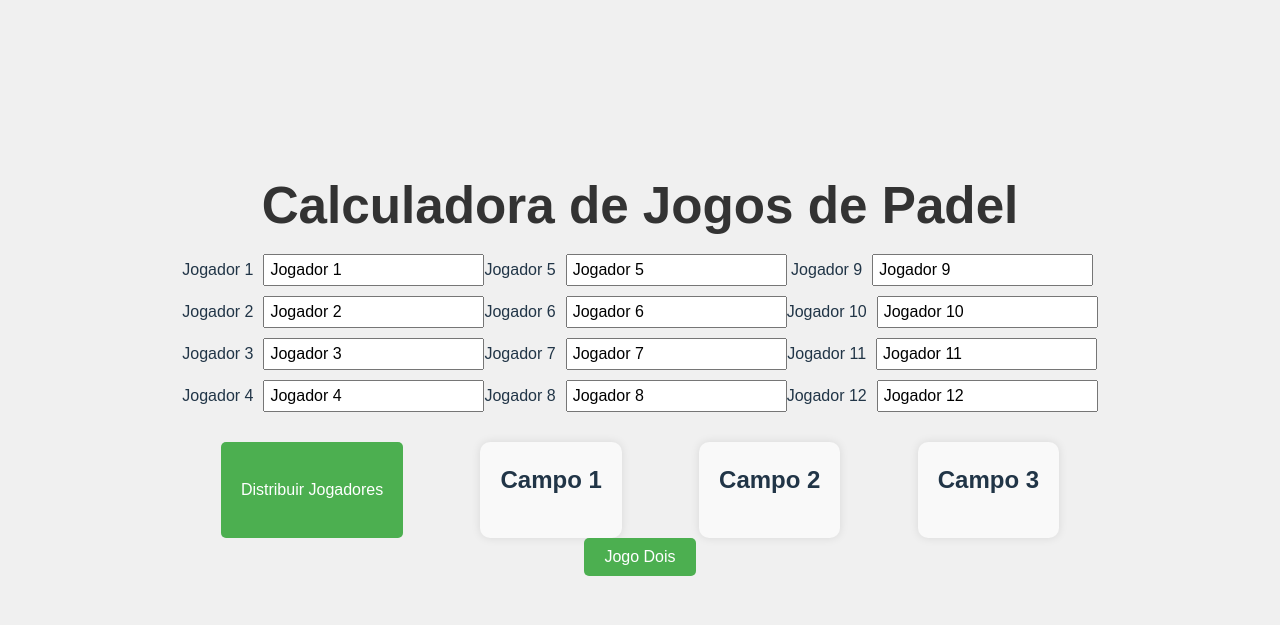
Repository: MarcioMiguel22/PadelMaster
Page: /calculadora
These files come from the project's save history. The page is drawn as it stood at one moment and after the next save; the edit follows.
The browser window is 1280 px wide. The pictures show the whole page.
The project was rebuilt for these pictures with package versions that can differ from the ones it lists, and the page was loaded fresh each time. Also part of the build but not shown: vite.config.ts, src/pages/Home/Home.tsx.

Above is the page before, as saved 2024-06-13 12:46:29.

### src/main.tsx
///home/marciomiguel/code/MarcioMiguel22/Sites/PadelMaster/src/main.tsx
import { render } from 'react-dom';
import { StrictMode } from 'react';
import App from './App';
import './index.css';

const root = document.getElementById('root')!;
render(
  <StrictMode>
    <App />
  </StrictMode>,
  root
);

### src/App.tsx

///home/marciomiguel/code/MarcioMiguel22/Sites/PadelMaster/src/App.tsx

import { BrowserRouter as Router, Routes, Route } from 'react-router-dom';
import Home from './pages/Home/Home';
import Calculadora from './pages/Services/Calculadora';




function App() {
  return (
    <Router>
      <Routes>
        <Route path="/" element={<Home />} />
        <Route path="/calculadora" element={<Calculadora />} /> // Wrap Calculadora component with curly braces
      </Routes>
    </Router>
  );
}

export default App

### src/pages/Services/Calculadora.tsx
import React, { useState } from 'react';
import './Calculadora.css';

type Jogador = {
  id: number;
  nome: string;
};

type Time = {
  jogadores: Jogador[];
  resultado: number;
};

type Campo = {
  id: number;
  times: Time[];
};

const jogadoresIniciais: Jogador[] = Array.from({ length: 12 }, (_, i) => ({
  id: i + 1,
  nome: `Jogador ${i + 1}`,
}));

const embaralharArray = <T,>(array: T[]): T[] => {
  const copiaArray = [...array];
  for (let i = copiaArray.length - 1; i > 0; i--) {
    const j = Math.floor(Math.random() * (i + 1));
    [copiaArray[i], copiaArray[j]] = [copiaArray[j], copiaArray[i]];
  }
  return copiaArray;
};

const criarTimes = (jogadores: Jogador[]): Time[] => {
  const jogadoresEmbaralhados = embaralharArray(jogadores);
  const times: Time[] = [];
  for (let i = 0; i < jogadoresEmbaralhados.length; i += 2) {
    times.push({ jogadores: jogadoresEmbaralhados.slice(i, i + 2), resultado: 0 });
  }
  return times;
};

const CalculadoraApp: React.FC = () => {
  const [jogadores, setJogadores] = useState<Jogador[]>(jogadoresIniciais);
  const [campos, setCampos] = useState<Campo[]>([
    { id: 1, times: [] },
    { id: 2, times: [] },
    { id: 3, times: [] },
  ]);
  const [segundoJogo, setSegundoJogo] = useState<Campo[]>([
    { id: 1, times: [] },
    { id: 2, times: [] },
    { id: 3, times: [] },
  ]);

  const handleNomeChange = (id: number, novoNome: string) => {
    setJogadores(jogadores.map(jogador =>
      jogador.id === id ? { ...jogador, nome: novoNome } : jogador
    ));
  };

  const handleResultadoChange = (campoId: number, timeIndex: number, novoResultado: number, jogo: string) => {
    if (jogo === 'primeiro') {
      setCampos(campos.map(campo =>
        campo.id === campoId
          ? {
              ...campo,
              times: campo.times.map((time, index) =>
                index === timeIndex ? { ...time, resultado: novoResultado } : time
              ),
            }
          : campo
      ));
    } else {
      setSegundoJogo(segundoJogo.map(campo =>
        campo.id === campoId
          ? {
              ...campo,
              times: campo.times.map((time, index) =>
                index === timeIndex ? { ...time, resultado: novoResultado } : time
              ),
            }
          : campo
      ));
    }
  };

  const distribuirJogadores = () => {
    const times = criarTimes(jogadores);
    const novosCampos: Campo[] = campos.map((campo, index) => ({
      ...campo,
      times: times.slice(index * 2, index * 2 + 2),
    }));
    setCampos(novosCampos);
  };

  const iniciarJogoDois = () => {
    const novosCampos: Campo[] = [
      { id: 1, times: [] },
      { id: 2, times: [] },
      { id: 3, times: [] },
    ];

    campos.forEach(campo => {
      if (campo.times.length === 2) {
        const [time1, time2] = campo.times;
        const vencedores = time1.resultado > time2.resultado ? time1.jogadores : time2.jogadores;
        const perdedores = time1.resultado > time2.resultado ? time2.jogadores : time1.jogadores;

        if (campo.id === 1) {
          novosCampos[0].times.push({ jogadores: vencedores, resultado: 0 });
          novosCampos[0].times.push({ jogadores: perdedores, resultado: 0 });
        } else if (campo.id === 2) {
          novosCampos[0].times.push({ jogadores: vencedores, resultado: 0 });
          novosCampos[1].times.push({ jogadores: perdedores, resultado: 0 });
        } else if (campo.id === 3) {
          novosCampos[1].times.push({ jogadores: vencedores, resultado: 0 });
          novosCampos[2].times.push({ jogadores: perdedores, resultado: 0 });
        }
      }
    });

    setSegundoJogo(novosCampos);
  };

  const getTeamClass = (campo: Campo, timeIndex: number): string => {
    if (campo.times.length < 2) return '';
    const resultadoAtual = campo.times[timeIndex].resultado;
    const resultadoOponente = campo.times[1 - timeIndex]?.resultado;
    if (resultadoAtual > resultadoOponente) return 'team vencedor';
    if (resultadoAtual < resultadoOponente) return 'team perdedor';
    return 'team';
  };

  return (
    <div className="calculadora-container">
      <h1>Calculadora de Jogos de Padel</h1>
      <div className="main-content">
        <div className="jogadores-lista">
          <div className="jogadores-coluna">
            {jogadores.slice(0, 4).map(jogador => (
              <div key={jogador.id} className="jogador-item">
                <label>{`Jogador ${jogador.id}`}</label>
                <input
                  type="text"
                  value={jogador.nome}
                  onChange={(e) => handleNomeChange(jogador.id, e.target.value)}
                />
              </div>
            ))}
          </div>
          <div className="jogadores-coluna">
            {jogadores.slice(4, 8).map(jogador => (
              <div key={jogador.id} className="jogador-item">
                <label>{`Jogador ${jogador.id}`}</label>
                <input
                  type="text"
                  value={jogador.nome}
                  onChange={(e) => handleNomeChange(jogador.id, e.target.value)}
                />
              </div>
            ))}
          </div>
          <div className="jogadores-coluna">
            {jogadores.slice(8, 12).map(jogador => (
              <div key={jogador.id} className="jogador-item">
                <label>{`Jogador ${jogador.id}`}</label>
                <input
                  type="text"
                  value={jogador.nome}
                  onChange={(e) => handleNomeChange(jogador.id, e.target.value)}
                />
              </div>
            ))}
          </div>
        </div>
        <div className="fields-container">
          <button onClick={distribuirJogadores} className="distribute-button">Distribuir Jogadores</button>
          {campos.map(campo => (
            <div key={campo.id} className="field">
              <h2>Campo {campo.id}</h2>
              <ul>
                {campo.times.map((time, idx) => (
                  <li key={idx} className={getTeamClass(campo, idx)}>
                    <div>
                      {time.jogadores.map(jogador => jogador.nome).join(' e ')}
                      <input
                        type="number"
                        value={time.resultado}
                        onChange={(e) => handleResultadoChange(campo.id, idx, parseInt(e.target.value), 'primeiro')}
                        className="resultado-input"
                      />
                    </div>
                  </li>
                ))}
              </ul>
            </div>
          ))}
        </div>
        <button onClick={iniciarJogoDois} className="distribute-button">Jogo Dois</button>
        {segundoJogo[0].times.length > 0 && (
          <div className="fields-container">
            <h2>Resultados Jogo Dois</h2>
            {segundoJogo.map(campo => (
              <div key={campo.id} className="field">
                <h2>Campo {campo.id}</h2>
                <ul>
                  {campo.times.map((time, idx) => (
                    <li key={idx} className={getTeamClass(campo, idx)}>
                      <div>
                        {time.jogadores.map(jogador => jogador.nome).join(' e ')}
                        <input
                          type="number"
                          value={time.resultado}
                          onChange={(e) => handleResultadoChange(campo.id, idx, parseInt(e.target.value), 'segundo')}
                          className="resultado-input"
                        />
                      </div>
                    </li>
                  ))}
                </ul>
              </div>
            ))}
          </div>
        )}
      </div>
    </div>
  );
};

export default CalculadoraApp;

### src/pages/Home/PadelPage.css
body {
  font-family: Arial, sans-serif;
  background-color: #f0f0f0;
  margin: 0;
  display: flex;
  justify-content: center;
  align-items: center;
  height: 100vh;
}

.padel-container {
  text-align: center;
  background-color: white;
  padding: 20px;
  border-radius: 10px;
  box-shadow: 0 0 10px rgba(0, 0, 0, 0.1);
}

h1 {
  color: #333;
  margin-bottom: 20px;
}

.padel-image {
  max-width: 50%;
  height: auto;
  border-radius: 10px;
  margin-bottom: 20px;
}

.enter-button {
  background-image: url('tennis-ball.png'); /* Ensure the path is correct */
  background-size: cover;
  background-position: center;
  background-repeat: no-repeat;
  width: 60px;
  height: 60px;
  border: none;
  border-radius: 50%;
  cursor: pointer;
  padding: 0;
}

.enter-button:hover {
  transform: scale(1.1);
}

### src/pages/Services/Calculadora.css
.calculadora-container {
  padding: 20px;
  text-align: center;
}

.jogadores-lista {
  display: flex;
  justify-content: space-around;
  margin-bottom: 20px;
}

.jogadores-coluna {
  display: flex;
  flex-direction: column;
  align-items: center;
}

.jogador-item {
  display: flex;
  align-items: center;
  margin-bottom: 10px;
}

.jogador-item label {
  margin-right: 10px;
}

.jogador-item input {
  padding: 5px;
  font-size: 16px;
}

.distribute-button {
  background-color: #4CAF50;
  color: white;
  padding: 10px 20px;
  border: none;
  border-radius: 5px;
  cursor: pointer;
  font-size: 16px;
}

.distribute-button:hover {
  background-color: #45a049;
}

.fields-container {
  display: flex;
  justify-content: space-around;
  margin-top: 20px;
}

.field {
  background-color: #f9f9f9;
  padding: 20px;
  border-radius: 10px;
  box-shadow: 0 0 10px rgba(0, 0, 0, 0.1);
}

.field h2 {
  margin-top: 0;
}

.team {
  list-style-type: none;
  padding: 5px;
  background-color: #fff;
  margin: 5px 0;
  border-radius: 5px;
  box-shadow: 0 0 5px rgba(0, 0, 0, 0.1);
}

.team.vencedor {
  background-color: #d4edda; /* Verde claro */
}

.team.perdedor {
  background-color: #f8d7da; /* Vermelho claro */
}

.team div {
  display: flex;
  align-items: center;
}

.team input.resultado-input {
  margin-left: 10px;
  width: 50px;
  padding: 5px;
  font-size: 16px;
}

Loaded but not shown: index.html (common file); src/index.css (common file)

After the next save:
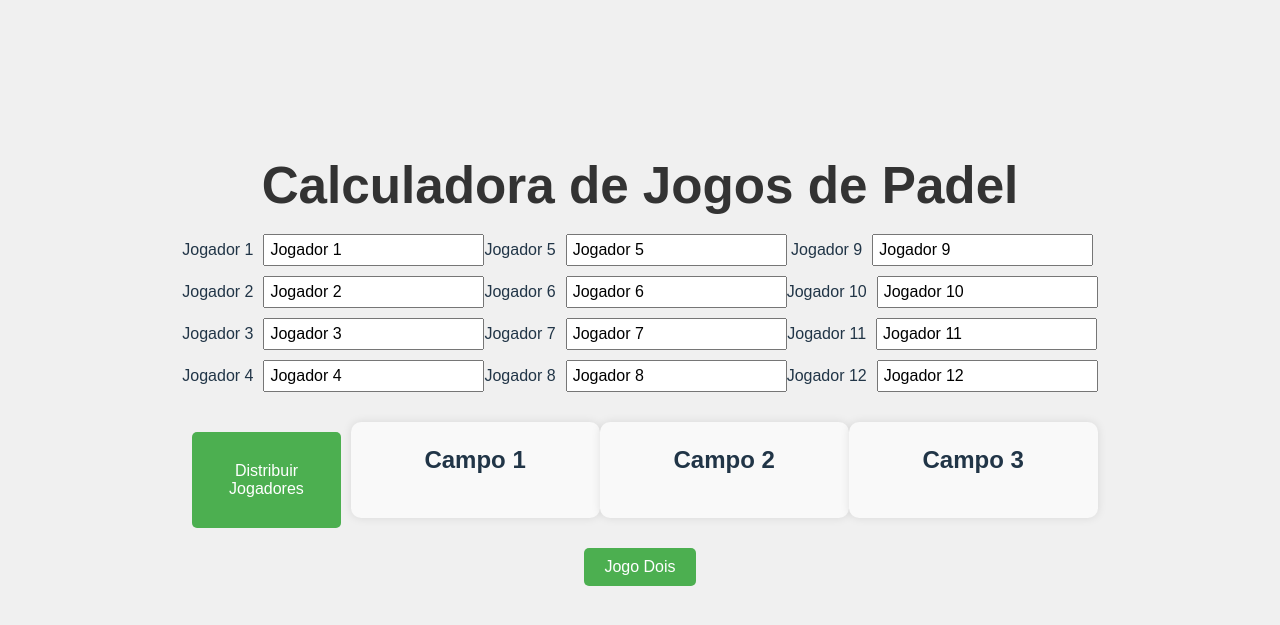
Saved 2 min 26 s later.
--- a/src/pages/Services/Calculadora.css
+++ b/src/pages/Services/Calculadora.css
@@ -38,6 +38,7 @@
   border-radius: 5px;
   cursor: pointer;
   font-size: 16px;
+  margin: 10px;
 }
 
 .distribute-button:hover {
@@ -55,6 +56,8 @@
   padding: 20px;
   border-radius: 10px;
   box-shadow: 0 0 10px rgba(0, 0, 0, 0.1);
+  margin-bottom: 20px;
+  width: 30%;
 }
 
 .field h2 {

After the save that followed:
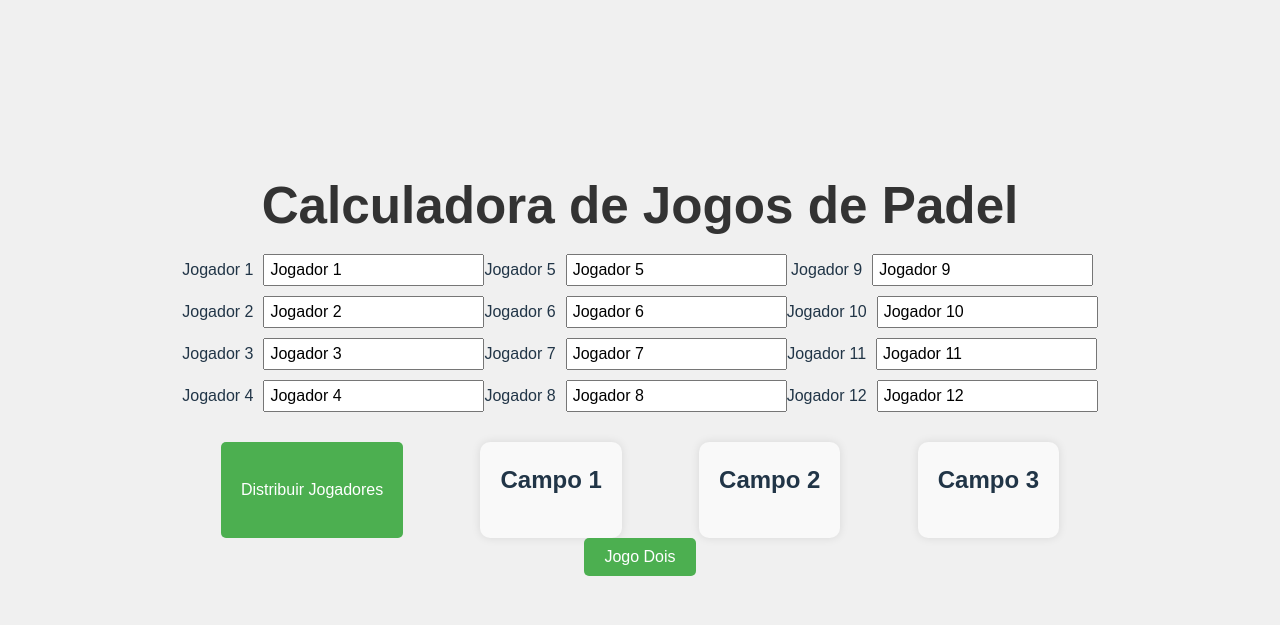
Saved 22 s later.
--- a/src/pages/Services/Calculadora.css
+++ b/src/pages/Services/Calculadora.css
@@ -38,7 +38,6 @@
   border-radius: 5px;
   cursor: pointer;
   font-size: 16px;
-  margin: 10px;
 }
 
 .distribute-button:hover {
@@ -56,8 +55,6 @@
   padding: 20px;
   border-radius: 10px;
   box-shadow: 0 0 10px rgba(0, 0, 0, 0.1);
-  margin-bottom: 20px;
-  width: 30%;
 }
 
 .field h2 {
